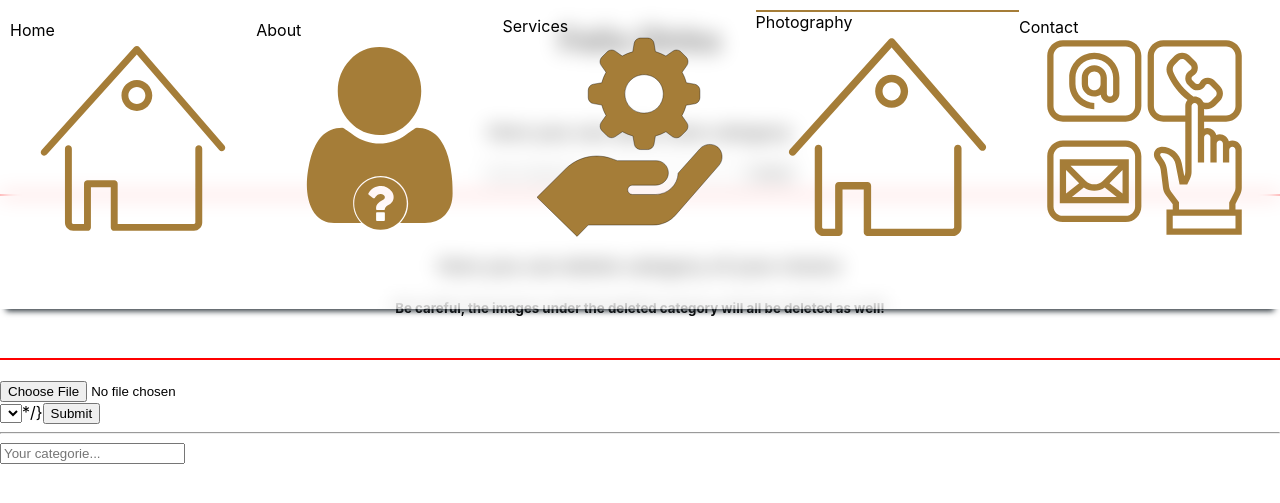
Repository: muhanad-musawi/backend-projekt-frondend
Page: /Photography (app in pohtographer/)
An editor plug-in stored every save of this project. The page is shown before and after the next save, followed by the edit.
The browser window is 1280 px wide. The pictures show the whole page.
The page's requests for data from a server got no answer. The project was rebuilt for these pictures with package versions that can differ from the ones it lists, and the page was loaded fresh each time. The framework's server and built-in components were replaced by stand-ins that run in the browser. No one was signed in, and anything a server would have sent is missing. Also part of the build but not shown: pohtographer/next.config.js, pohtographer/styles/Footer.module.css.

Above is the page before, as saved 2022-03-24 09:30:22.

### pohtographer/pages/_app.js
import '../styles/globals.css'
import Layout from '../layouts/default'

function MyApp({ Component, pageProps }) {


  const getLayout = Component.getLayout
  || ((page) => (<Layout>{page}</Layout>))

  return  getLayout (<Component {...pageProps} />


  )

}

export default MyApp

### pohtographer/pages/Photography.jsx
import styles from "../styles/Photography.module.css";
import Image from "next/image";
import { useState, useEffect } from "react";
import GetAllCategory from "../components/GetAllCategory";
import AddCategory from "../components/AddCategory";
import DeleteCategory from "../components/DeleteCategory";
import AddPhoto from "../components/AddPhoto";
import CategorieImage from "../components/CategorieImage";

function Photography() {

  const initialInput = {
    categorie: "",
  };

  const [categories, setCategories] = useState([]);
  const [inputs, setInputs] = useState(initialInput);
  const [param, setParam] = useState("")


  useEffect(() => {
    fetchCategoriesData();
  }, []); //Dependancy Array

  const BACKEND_URL =
    process.env.NEXT_PUBLIC_BACKEND_URL; /* || 'http://localhost:4000' */
  const RECORDS_PATH = BACKEND_URL + "/photo-gallery/all";

  //console.log(BACKEND_URL);

  // get all categorie  ↓

  const fetchCategoriesData = async () => {
    /*'http://localhost:4000/photo-gallery'*/

    await fetch(RECORDS_PATH)
      .then((response) => response.json())
      .then((data) => {
        //console.log("data" + data)
        setCategories(data);
        //console.log("categorie" + categories)
      })
      .catch((err) => console.log(err));
  };

  // get all categorie ↑

  // new categorie Add ↓

  function handleInputChange(event) {
    const value = event.target.value;
    const name = event.target.name;
    setInputs({
      ...inputs,
      [name]: value,
    });
  }
  console.log(inputs);
  const Categorie_PATH = BACKEND_URL + "/photo-gallery/new";

  const fetchCategoryAddData = (category) => {
    console.log("category:" + category);

    /*'http://localhost:4000/records'*/

    const categoryJson = JSON.stringify(category);
    fetch(Categorie_PATH, {
      method: "POST",
      headers: {
        "Content-Type": "application/json",
      },
      body: categoryJson,
    })
      .then((response) => {
        if (response.status !== 201) {
          alert("An Error occured");
          return;
        } else {
          fetchCategoriesData(); //router.reload(window.location.pathname) //navigate("/Photography", { replace: true });
          return response.json();
        }
      })
      .catch((err) => console.log(err));
  };

  function handleSubmit(event) {
    event.preventDefault();
    if (
      categories.find((category) => category.categorie === inputs.categorie)
    ) {
      alert("category exist");
    } else {
      const newCategory = {
        ...inputs,
      };
      fetchCategoryAddData(newCategory);
    }
  }

  // New categorie add ↑

  // categorie delete ↓

  async function onDelete(id) {
    let check = prompt("Type YES to delete");
    if (check === "YES" || check === "yes") {
      console.log("id", id);
      await fetch(BACKEND_URL + `/photo-gallery/${id}`, {
        method: "delete",
      })
        .then((response) => {
          if (response.status !== 200) {
            return;
          } else {
            //Wenn wir die API selber besitzen
            //fetchUserData()
            setCategories(
              categories.filter((category) => {
                return category._id !== id;
              })
            );
          }
        })
        .catch((error) => console.log(error));
    } else {
      alert("Wrong Delete");
    }
  }

  const handleInputChangeCategory = (e) =>{
    setParam(e.target.value.toLowerCase())
  }

  // categorie delete ↑

  return (
    <div>
      <div className={styles.addCategory}>
        <AddCategory
          inputs={inputs}
          handleSubmit={handleSubmit}
          handleInputChange={handleInputChange}
        />
      </div>

      <div className={styles.deleteCategory}>
        <DeleteCategory categories={categories} onDelete={onDelete} />
      </div>

      <div>

     <AddPhoto categories={categories}/>
     <input onChange={handleInputChangeCategory} type="text" placeholder="Your categorie..."/>
     </div>


      <div>
        <GetAllCategory categories={categories} />
      </div>






     <div>

       <CategorieImage
        categories={categories}
        param={param}
        />
     </div>


    </div>
  );
}

export default Photography;

### pohtographer/styles/globals.css
html,
body {
  padding: 0;
  margin: 0;
  font-family: -apple-system, BlinkMacSystemFont, Segoe UI, Roboto, Oxygen,
    Ubuntu, Cantarell, Fira Sans, Droid Sans, Helvetica Neue, sans-serif;
}

a {
  color: inherit;
  text-decoration: none;
}

* {
  box-sizing: border-box;
}

### pohtographer/layouts/default.jsx

import Header from '../components/Header'

import Footer from '../components/Footer'
import Head from 'next/head'


function Layout ({children}) {
  return (
    <div>
       <Header/>
       <Head>
        <title>my-App</title>
        <meta name="description" content="Generated by create next app" />
        <link rel="icon" href="/favicon.ico" />
      </Head>
      {children}
      <Footer/>
    </div>
  )
}

export default Layout

### pohtographer/styles/Photography.module.css
 .addCategory {
   text-align: center;
   margin: 10px 0;
   padding: 10px 0;
   border-bottom: 2px solid red;
 }

 .deleteCategory {
  text-align: center;
  margin: 20px 0;
  padding: 20px 0;
  border-bottom: 2px solid red;
 }

 .deleteCategoryBTN {
   display: flex;
   justify-content: space-evenly;
   align-items: center;

 }

### pohtographer/components/GetAllCategory.jsx
import styles from '../styles/GetAllCategory.module.css'




function GetAllCategory ({categories}){

  return (
    <div className={styles.imageCategory} >
      {categories.map((category, index) => (
        <div key={index}>
          <ul className={styles.ulCategory} key={index}>
            <li key={index}>{category.categorie} </li>
          </ul>
        </div>
      ))}
    </div>
  );
};

export default GetAllCategory;

### pohtographer/components/AddCategory.jsx
import styles from '../styles/AddCategory.module.css'


function AddCategory({handleSubmit , inputs ,   handleInputChange}) {
  return (
    <div>
      <h3>Here you can add a new category</h3>
      <form className="addRecordsForm" action="" onSubmit={handleSubmit}>
        <input
          type="text"
          name="categorie"
          placeholder=" new categorie"
          value={inputs.categorie}
          size="30"
          maxLength="50"
          onChange={handleInputChange}
        ></input>
        <input type="submit" value="Send" />
      </form>
    </div>
  )
}

export default AddCategory

### pohtographer/components/DeleteCategory.jsx
import styles from "../styles/DeleteCategory.module.css";

function DeleteCategory({ categories, onDelete }) {
  return (
    <div>
      <h3>Here you can delete category of your choice</h3>
      <h5>
        Be careful, the images under the deleted category will all be deleted as
        well!
      </h5>
      <div className={styles.deleteCategoryBTN}>
        {categories.map((category, index) => (
          <div>
            <div key={index}>
              <button onClick={() => onDelete(category._id)}>
                🗑️ {category.categorie}
              </button>
            </div>
          </div>
        ))}
      </div>
    </div>
  );
}

export default DeleteCategory;

### pohtographer/components/AddPhoto.jsx
 import {useState} from 'react'

 function AddPhoto({categories}) {
  const BACKEND_URL = process.env.NEXT_PUBLIC_BACKEND_URL;
  const RECORDS_PATH = BACKEND_URL + "/photos/new";

  const API_PHOTO_NAME = "uploaded_file"

  const [newFile, setNewFile] = useState({ photo: "" });
  const [photoCategorie, setPhotoCategorie] = useState("events");
  const [imageSrc, setImageSrc] = useState(""); // Bild als Daten (String)

  const handleSubmit = async (e) => {

    e.preventDefault();
    const formData = new FormData();
    formData.append(API_PHOTO_NAME, newFile.photo);
    //console.log( "formData"+formData)
    //console.log("categorie"+photoCategorie)

    await fetch(RECORDS_PATH , {
      method: "POST",
      body: formData,
    })
    .then((response)=>{
      console.log("response" + response.status)
      if(response.status === 201){
        alert("Image was saved!")
        setNewFile("");
        setImageSrc("")
        setPhotoCategorie("")
      } else{
        alert("Some Error occured")
      }
    })
    .catch((error)=>console.log(error))
  };

  const handlePhoto = (e) => {
    const [file] = e.target.files;
    if (file) {
      setImageSrc(URL.createObjectURL(file));
    }
    setNewFile({ photo: file });
  };

  return (
    <div>
      <form onSubmit={handleSubmit} encType="multipart/form-data">
        <input
          type="file"
          accept=".png, .jpg, .jpeg"
          name="photo"
          onChange={handlePhoto}
        />
        <br />
        {imageSrc.length === 0 ? null : (
          <div>
            Image Preview...
            <img width="20%" height="auto" src={imageSrc} alt="text" />
          </div>
        )}


        <select onChange={(e)=>setPhotoCategorie(e.target.value)}>
          {categories.map((categorie, index) => <option key={index} value={categorie}>{categorie}</option>)}
        </select>
        */}
        <input type="submit" />
        <hr />
      </form>
    </div>
  );
}
export default AddPhoto;

### pohtographer/components/CategorieImage.jsx
import React, { useEffect, useState } from 'react';
import styles from '../styles/CategorieImage.module.css';

function CategorieImage({categories, param}) {

  const [images,setImages] = useState([]);

  useEffect(()=>{
    fetchAllImages()
  }, [])

  const fetchAllImages = async () => {

    const BACKEND_URL =
    process.env.NEXT_PUBLIC_BACKEND_URL; /* || 'http://localhost:4000' */
    const RECORDS_PATH = BACKEND_URL + "/photos/all";
    /*'http://localhost:4000/photos/all'*/

    await fetch(RECORDS_PATH)
      .then((response) => response.json())
      .then((data) => {
        //console.log("data" + data)
        setImages(data);
        //console.log("categorie" + categories)
      })
      .catch((err) => console.log(err));
  };


 // events muss durch user input ausgetauscht werden in der filter funktion fuer die darstellung
 //  {images.filter(image.pathCategorie==="events").map((image,

  if (categories.includes(param)) {
    return(
      images.filter(image.pathCategorie===param).map((image,
        <div key={index}>
          <img src={image.path} alt="picture"/>
        </div>
      ))
    )
  }
  return (
    <div className= {styles.imgMap} >
      {
        images.map((image, index) => (
          <div className={styles.imgContainer} key={index}>
            <img className={styles.img} src={image.path} alt="picture"/>
          </div>
        ))
      }
    </div>
  )
}

export default CategorieImage

### pohtographer/components/Header.jsx
import Link from 'next/link'
import Image from 'next/image'
import home from '../img/home.svg'
import about from '../img/about.svg'
import service from '../img/service.svg'
import experience from '../img/experience.svg'
import contact from '../img/contact.svg'

import styles from '../styles/Header.module.css'
import { useRouter } from "next/router";



function Header() {

  const router = useRouter();

  return (
    <div className={styles.navbarCenter} >
      <h1 className={styles.logoName}>Felix Dirks</h1>
    <div className={styles.headerLinks}>

        <Link href="/">
          <a className={router.pathname == "/" ? styles.active : ""}><span className='desktopVersion'>Home</span>
        <span className='mobileVersion'>

        <Image src={home} alt="home" />

        </span></a>
        </Link>

        <Link href="/About">
          <a className={router.pathname == "/About" ? styles.active : ""}>
          <span className='desktopVersion'>About</span>
        <span className='mobileVersion'>

        <Image src={about} alt="home" />

        </span>
          </a>
        </Link>

        <Link href="/Services">
          <a className={router.pathname == "/Services" ? styles.active  : ""}>
          <span className='desktopVersion'>Services</span>
        <span className='mobileVersion'>

        <Image src={service} alt="home" />

        </span>
          </a>
        </Link>

        <Link href="/Photography">
          <a className={router.pathname == "/Photography" ? styles.active  : ""}>
          <span className='desktopVersion'>Photography</span>
        <span className='mobileVersion'>

        <Image src={home} alt="home" />

        </span>
          </a>
        </Link>

        <Link href="/Contact">
          <div className={router.pathname == "/Contact" ? styles.active : ""}>
          <span className='desktopVersion'>Contact</span>

        <span className='mobileVersion'>

        <Image src={contact} alt="contact" />

        </span>
          </div>
        </Link>

        </div>

    </div>
  )
}

export default Header

### pohtographer/components/Footer.jsx
import styles from '../styles/Footer.module.css'

function Footer() {
  return (
    <div className={styles.footer} >

    </div>
  )
}

export default Footer

### pohtographer/styles/GetAllCategory.module.css

.imageCategory{
  display: flex;
  justify-content: space-evenly;

}

.ulCategory{
  list-style-type: none;
 }

### pohtographer/styles/DeleteCategory.module.css

.deleteCategoryBTN {
  display: flex;
  justify-content: space-evenly;
  align-items: center;

}

### pohtographer/styles/CategorieImage.module.css

.imgMap{
  width: 100%;

}

.imgContainer{
  margin: 20px 10px;
}

.img{
  width: 40%;
}

### pohtographer/styles/Header.module.css
/*
$color-white:#ffffff;
$footer-color:#737373;
$color-gold:#a57d38;
$color-dark:#242d34;
*/




.navbarCenter{
  width: 100%;
  display: flex;
  justify-content: center;

}

.headerLinks{
  -webkit-backdrop-filter: blur(10px);
    backdrop-filter: blur(10px);
    background-color: rgba(255, 255, 255, 0.5);

  margin: auto auto;
  padding: 10px;
  margin-bottom: 50px;
  display: flex;
  justify-content: space-around;
  align-items: center;

  border-radius: 40px;
  overflow: hidden;
  position: fixed;
  bottom: 0;
  width: 85%;
}

 .mobileVersion{
  display: flex;
  justify-content: center;
  align-items: center;
  visibility: visible;
  border: 1px solid  #a57d38;
  border-radius: 60%;
}
 .mobileVersion:hover{
  border: 1px solid  #a57d38;
  background-color: #242d34;
  border-radius: 60%;
}
.active{
  background-color: #242d34;
  border-radius: 60%;
  border: 2px solid  #a57d38;
}

.mobileVersion img {
  width: 40px;
  margin: 5px;
  margin-left:10px ;
  margin-right:10px ;
  margin-top: 10px;
}

.desktopVersion{
  display: none;
  visibility: hidden;
}



@media screen and (min-width: 1024px) {

  .navbarCenter{

    position: sticky;
    overflow: hidden;
    z-index: 2;
    top: 0;

    width: 100%;
  }


  .headerLinks{
    width: 100%;
    -webkit-backdrop-filter: blur(10px);
      backdrop-filter: blur(10px);
      background-color: rgba(255, 255, 255, 0.5);


    justify-content: space-around;
    margin-top: 0px ;
    margin-bottom: 0px;
    border-radius: 0;
    bottom:unset;


    -webkit-box-shadow: 0 8px 6px -6px #242d34;
    -moz-box-shadow: 0 8px 6px -6px #242d34;
         box-shadow: 0 8px 6px -6px #242d34;
  }


  .active{

    background-color:initial;
    border-radius: 0;
    border: none;
    border-top: 2px solid #a57d38;
  }

   .mobileVersion{
    display: none;
    visibility: hidden;
  }
  .desktopVersion{



    display: block;
    visibility: visible;
  }




}

Loaded but not shown: pohtographer/styles/AddCategory.module.css (no stored copy; drawn as an empty file)

After the next save:
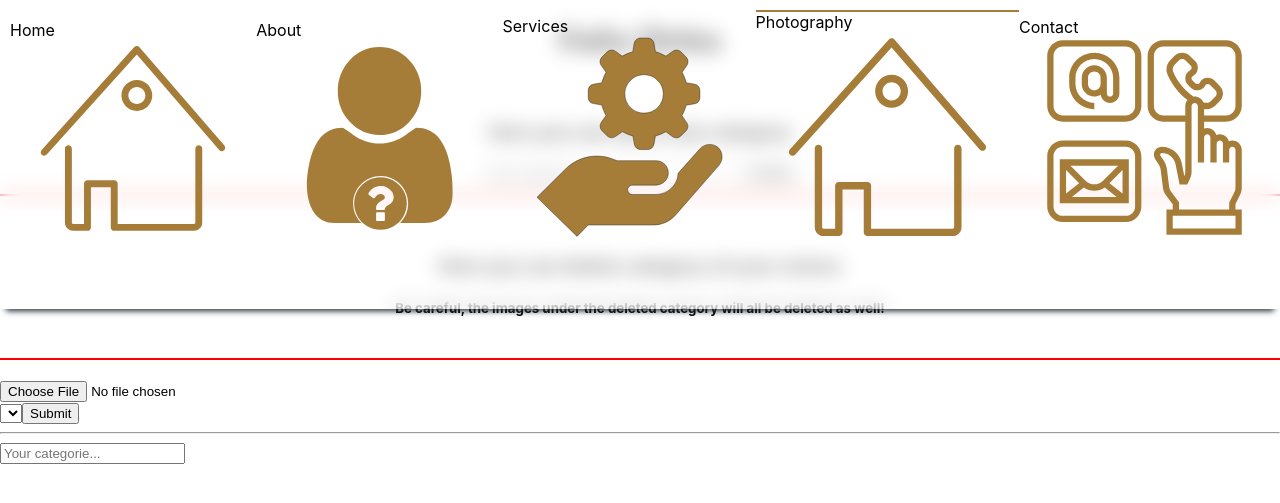
Saved 4 s later.
--- a/pohtographer/components/AddPhoto.jsx
+++ b/pohtographer/components/AddPhoto.jsx
@@ -65,7 +65,7 @@
         <select onChange={(e)=>setPhotoCategorie(e.target.value)}>
           {categories.map((categorie, index) => <option key={index} value={categorie}>{categorie}</option>)}
         </select>
-        */}
+
         <input type="submit" />
         <hr />
       </form>
